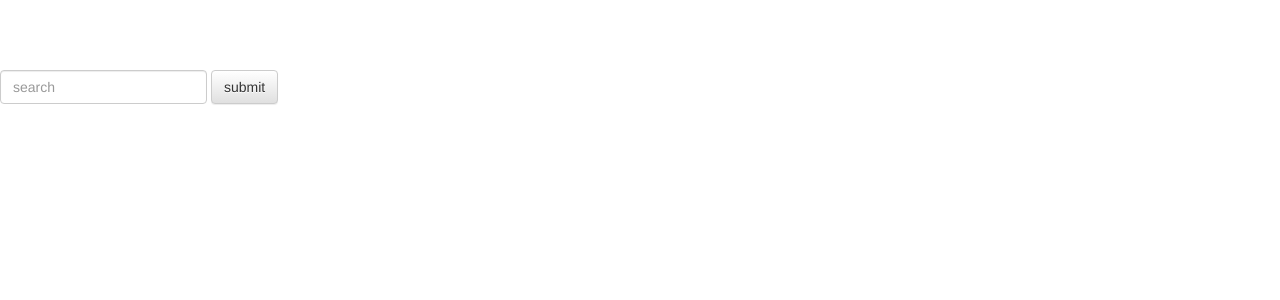
Repository: Echo-Jiang/Echo-Jiang.github.io
Page: test.8.html
The author's editor kept a record of every edit. The page is drawn from the files as they stood at one moment, then again after the next edit.
The browser window is 1280 px wide. The pictures show the whole page.

Above is the page before.

After the next edit:
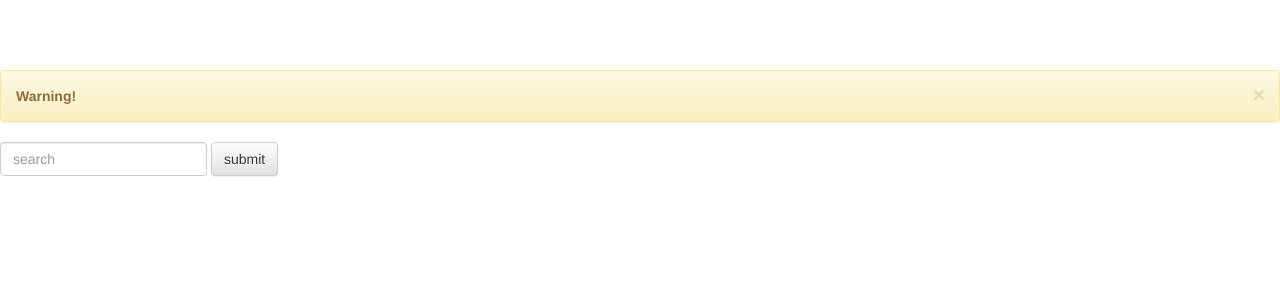
The edit:
--- a/test.8.html
+++ b/test.8.html
@@ -27,6 +27,10 @@
   </head>
 
   <body>
+    <div class="alert alert-warning alert-dismissible" role="alert">
+    <button type="button" class="close" data-dismiss="alert" aria-label="Close"><span aria-hidden="true">&times;</span></button>
+    <strong>Warning!</strong><p id="warning"></p>
+  </div>
     <form class="form-inline">
       <div class="form-group">
         <label class="sr-only" for="exampleInputSearch1">Search1</label>
